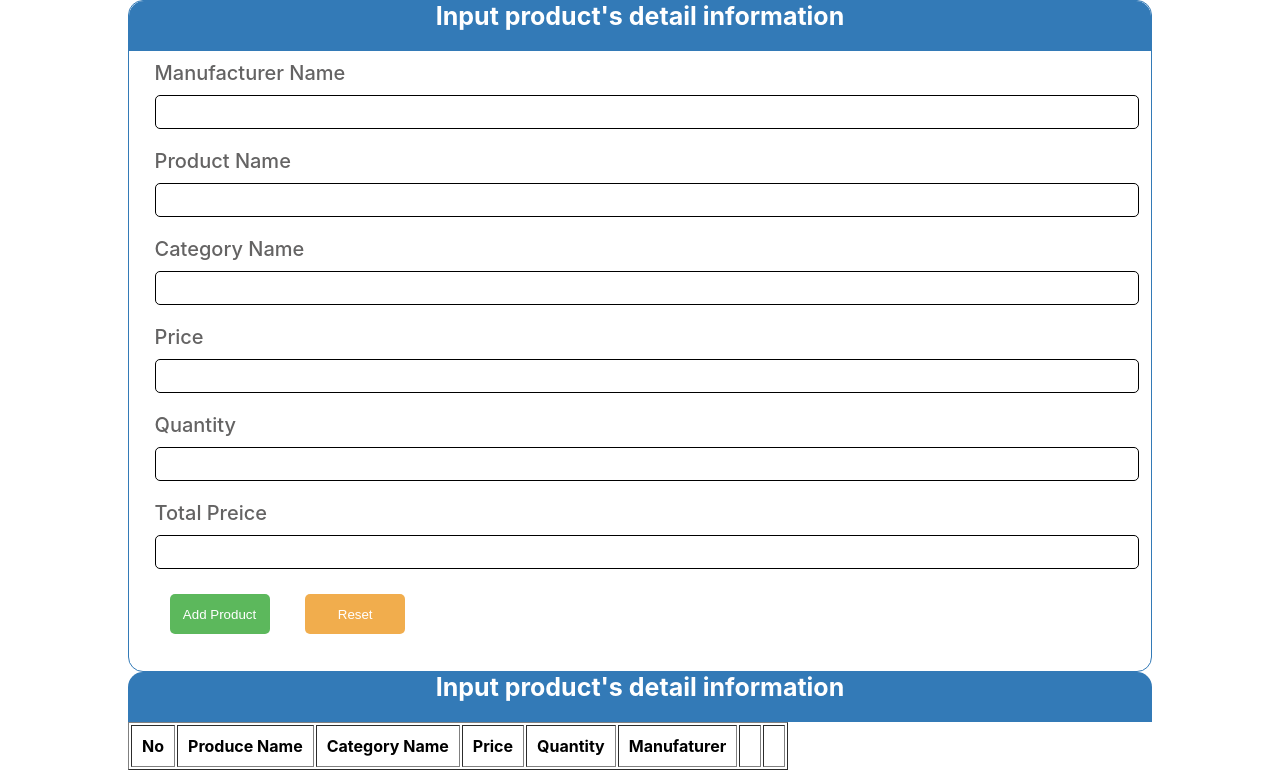
Repository: AnhDuc0125/HTML-Aptech
Page: bt2019/index.html
These files come from the project's save history. The page is drawn as it stood at one moment and after the next save; the edit follows.
The browser window is 1280 px wide. The pictures show the whole page.

Above is the page before, as saved 2021-11-29 20:57:20.

### bt2019/index.html
<!DOCTYPE html>
<html lang="en">
<head>
    <meta charset="UTF-8">
    <meta http-equiv="X-UA-Compatible" content="IE=edge">
    <meta name="viewport" content="width=device-width, initial-scale=1.0">
    <link rel="stylesheet" href="style.css">
    <script src="main.js"></script>
    <title>Management Product</title>
</head>
<body>
    <div class="table-input">
        <div class="header">
            Input product's detail information
        </div>
        <div class="input-form">
            <form>
                <div class="manufacturer">
                    <label for="manu">Manufacturer Name</label>
                    <input list="manufacturer" type="text" id="manu-name">
                    <datalist id="manufacturer">
                        <option value="Apple">
                        <option value="SamSung">
                        <option value="LG">
                        <option value="Google">
                        <option value="Sony">
                    </datalist>
                </div>
                <div class="product">
                    <label for="product-name">Product Name</label>
                    <input type="text" id="pro-name">
                </div>
                <div class="category">
                    <label for="cate">Category Name</label>
                    <input type="text" id="cate-name">
                </div>
                <div class="price">
                    <label for="price">Price</label>
                    <input type="text" id="price">
                </div>
                <div class="quantity">
                    <label for="quantity">Quantity</label>
                    <input type="text" id="quantity">
                </div>
                <div class="total-price">
                    <label for="total-price">Total Preice</label>
                    <input type="text" id="total-price">
                </div>
               <button class="add-btn btn">Add Product</button>
               <button type="reset" class="reset-btn btn">Reset</button>
            </form>
        </div>
    </div>
    <div class="table-info">
        <div class="header">
            Input product's detail information
        </div>
        <div class="table">
            <table cellpadding = "10" border="1">
                <tr>
                    <th>No</th>
                    <th>Produce Name</th>
                    <th>Category Name</th>
                    <th>Price</th>
                    <th>Quantity</th>
                    <th>Manufaturer</th>
                    <th></th>
                    <th></th>
                </tr>
            </table>
        </div>
    </div>
</body>
</html>

### bt2019/style.css
body {
    width: 80%;
    margin: 0 auto;
    font-family: -apple-system, BlinkMacSystemFont, 'Segoe UI', Roboto, Oxygen, Ubuntu, Cantarell, 'Open Sans', 'Helvetica Neue', sans-serif;
}

.table-input {
    border-radius: 15px;
    border: 1px solid #337ab7;
    height: 670px;
}

.header {
    background-color: #337ab7;
    color: white;
    font-weight: bold;
    height: 50px;
    text-align: center;
    border-radius: 15px 15px 0 0;
    font-size: 25px;
}

form {
    width: 95%;
    margin: 0 auto;
    font-size: 20px;
}

label {
    width: 30%;
    display: block;
    margin-bottom: 10px;
    margin-top: 10px;
    font-weight: 500;
    color: rgb(100, 99, 99);
}

input {
    width: 100%;
    height: 30px;
    font-size: 20px;
    margin-bottom: 10px;
    border-radius: 5px;
    border: 0.5px solid black;
    padding-left: 10px;
}

.btn {
    margin: 15px;
    cursor: pointer;
}

.add-btn {
    background-color: #5cb85c;
    color: white;
    border-radius: 5px;
    border: none;
    width: 100px;
    height: 40px;
}

.reset-btn {
    background-color: #f1ad4d;
    color: white;
    border-radius: 5px;
    border: none;
    width: 100px;
    height: 40px;
}

Loaded but not shown: bt2019/main.js (no stored copy; drawn as an empty file)

After the next save:
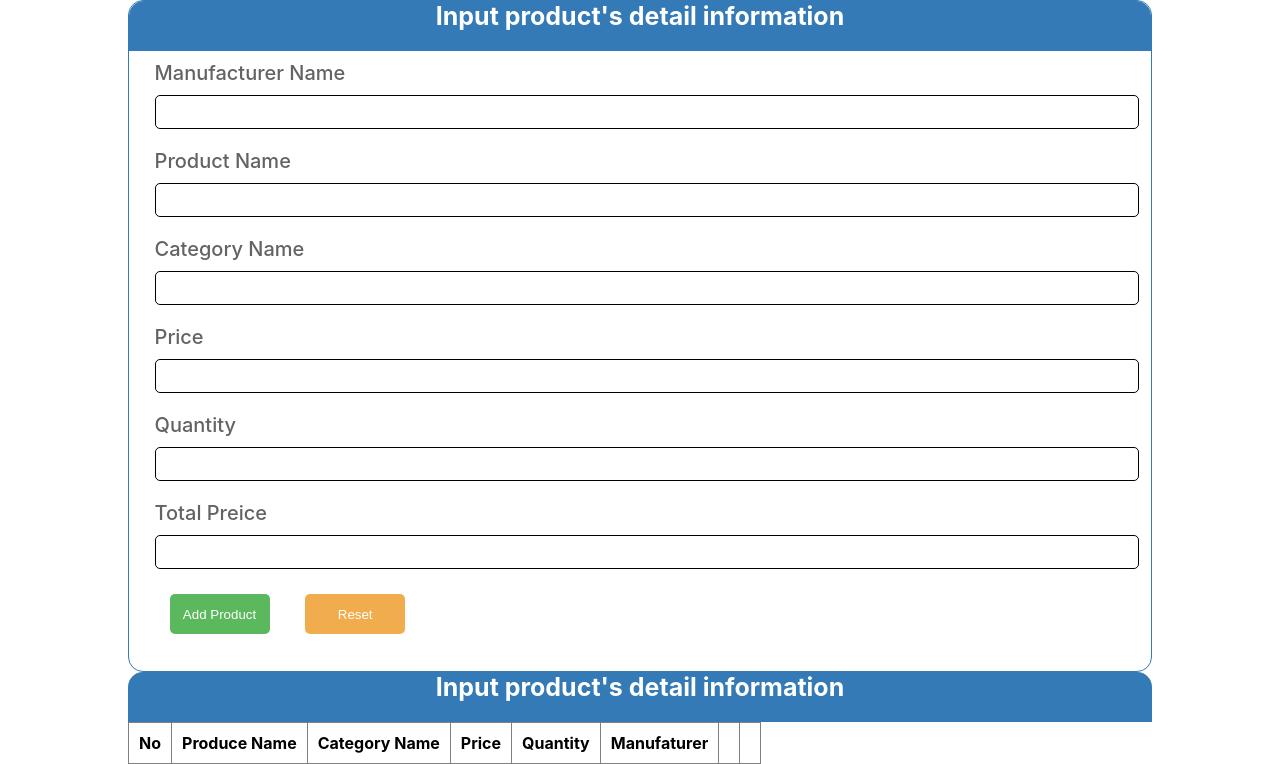
Saved 21 s later.
--- a/bt2019/index.html
+++ b/bt2019/index.html
@@ -56,7 +56,7 @@
             Input product's detail information
         </div>
         <div class="table">
-            <table cellpadding = "10" border="1">
+            <table cellpadding = "10" border="1" style="border-collapse: collapse;">
                 <tr>
                     <th>No</th>
                     <th>Produce Name</th>
